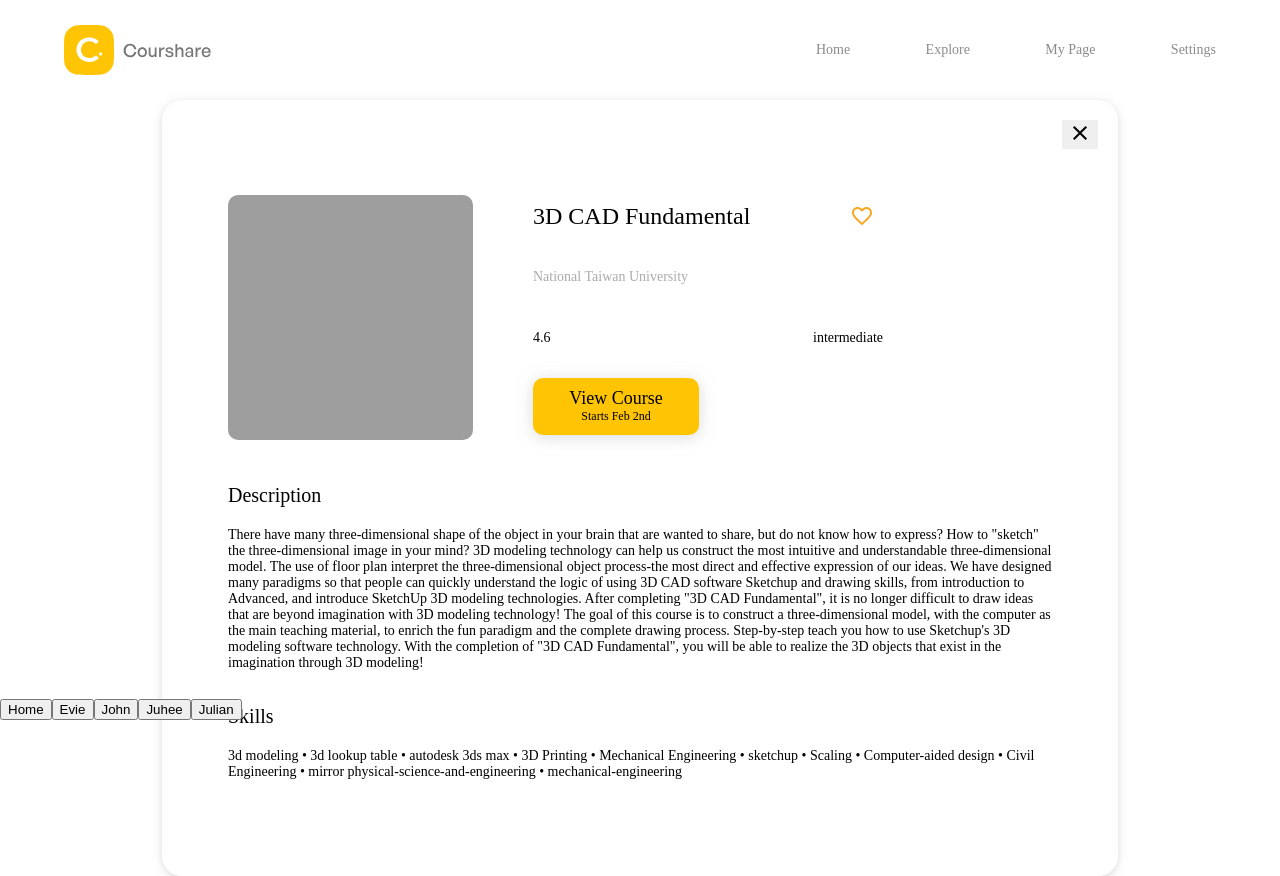
Repository: julianm09/courshare-app
Page: /comps/juhee
An editor plug-in stored every save of this project. The page is shown before and after the next save, followed by the edit.
The browser window is 1280 px wide. The pictures show the whole page.
Pictures or frames that could not be fetched are drawn as grey boxes. The project was rebuilt for these pictures with package versions that can differ from the ones it lists, and the page was loaded fresh each time. The framework's server and built-in components were replaced by stand-ins that run in the browser. Also part of the build but not shown: next.config.js.

Above is the page before, as saved 2022-02-07 15:10:15.

After the next save:
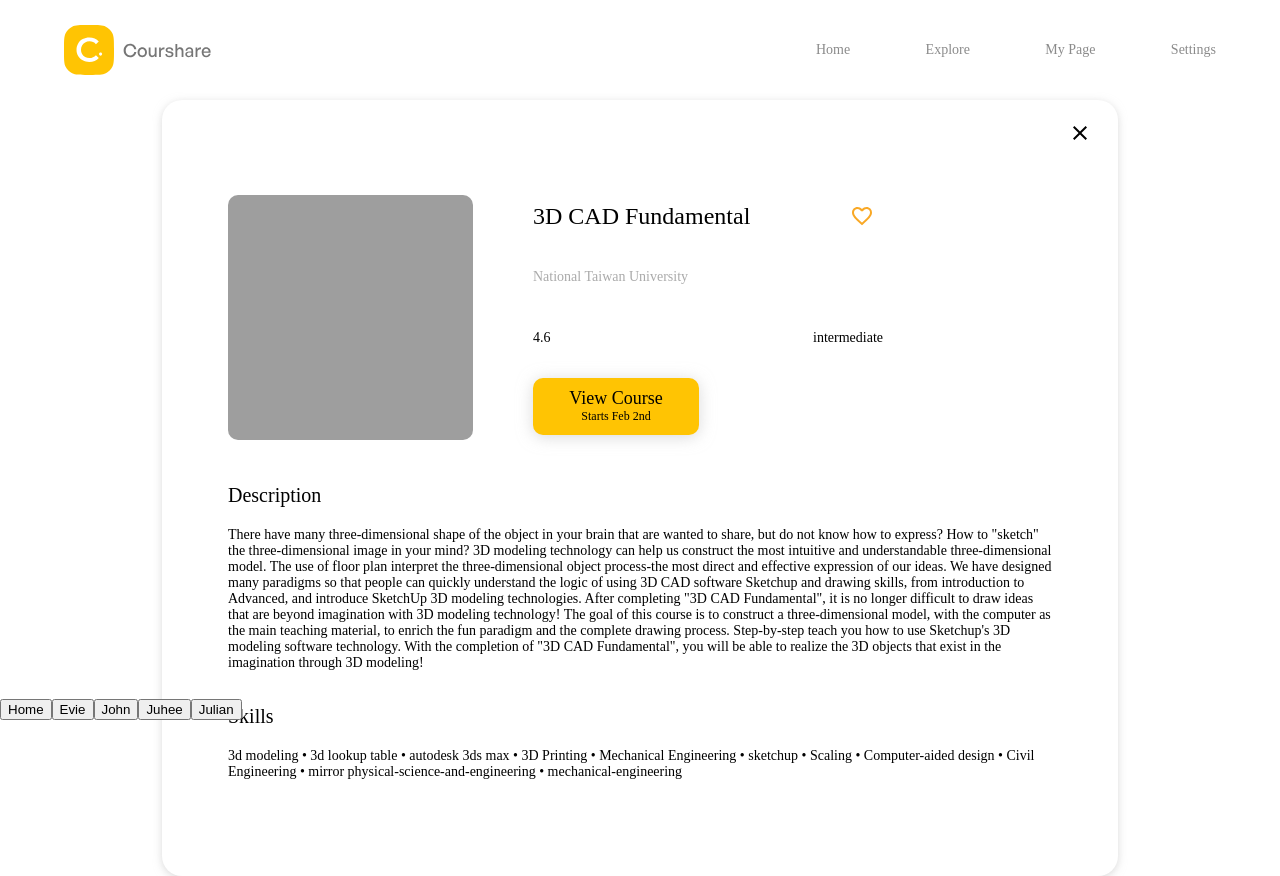
Saved 10 s later.
--- a/components/CourseDetailCard.js
+++ b/components/CourseDetailCard.js
@@ -89,7 +89,7 @@ export default function CourseDetailCard({
   return (
     <BigCont>
       <ButtonCont>
-        <button style={{ border: "none" }}>
+        <button style={{ border: "none", background: "none" }}>
           <CloseIcon />
         </button>
       </ButtonCont>
